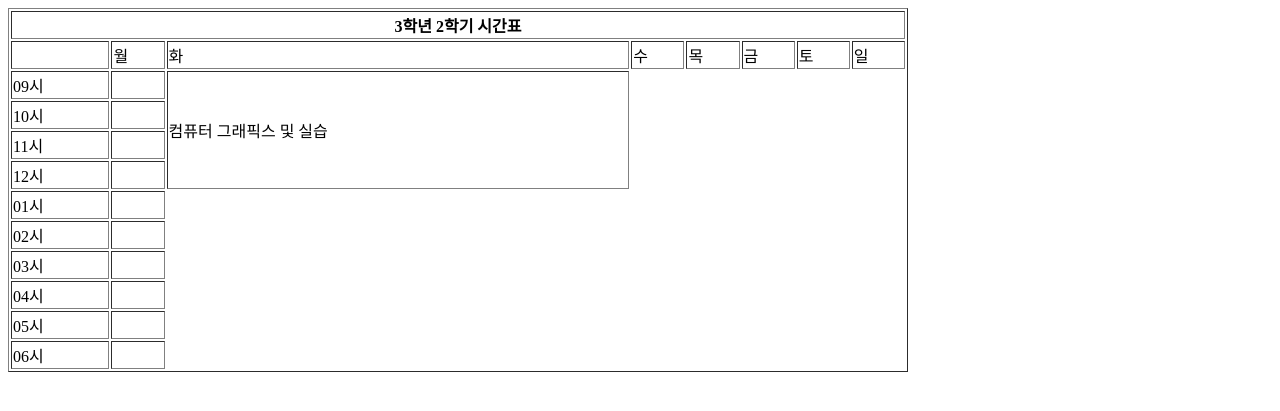
Repository: Cha-Ji/InternetProgramming
Page: week01/WebContent/hw04.html
These files come from the project's save history. The page is drawn as it stood at one moment and after the next save; the edit follows.
The browser window is 1280 px wide. The pictures show the whole page.

Above is the page before, as saved 2020-09-06 13:11:05.

After the next save:
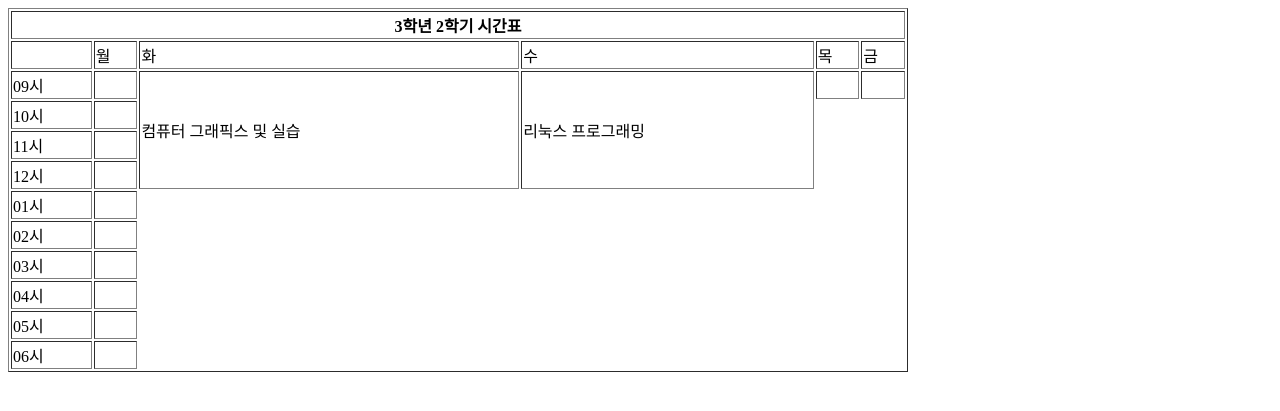
Saved 76 s later.
--- a/week01/WebContent/hw04.html
+++ b/week01/WebContent/hw04.html
@@ -6,14 +6,18 @@
 </head>
 <body>
 	<table border="1" width ="900" >
-	<th colspan = "8">3학년 2학기 시간표</th>
+	<th colspan = "6">3학년 2학기 시간표</th>
 	<tr>
-	    <td></td><td>월</td><td>화</td><td>수</td><td>목</td><td>금</td><td>토</td><td>일</td>
+	    <td></td><td>월</td><td>화</td><td>수</td><td>목</td><td>금</td>
 	</tr>
 	<tr>
 	    <td>09시</td>
 	    <td></td>
 	    <td rowspan = "4">컴퓨터 그래픽스 및 실습</td>
+	    <td rowspan = "4">리눅스 프로그래밍</td>
+	    <td></td>
+	    <td></td>
+
 	</tr>
 	<tr>
 	    <td>10시</td>
